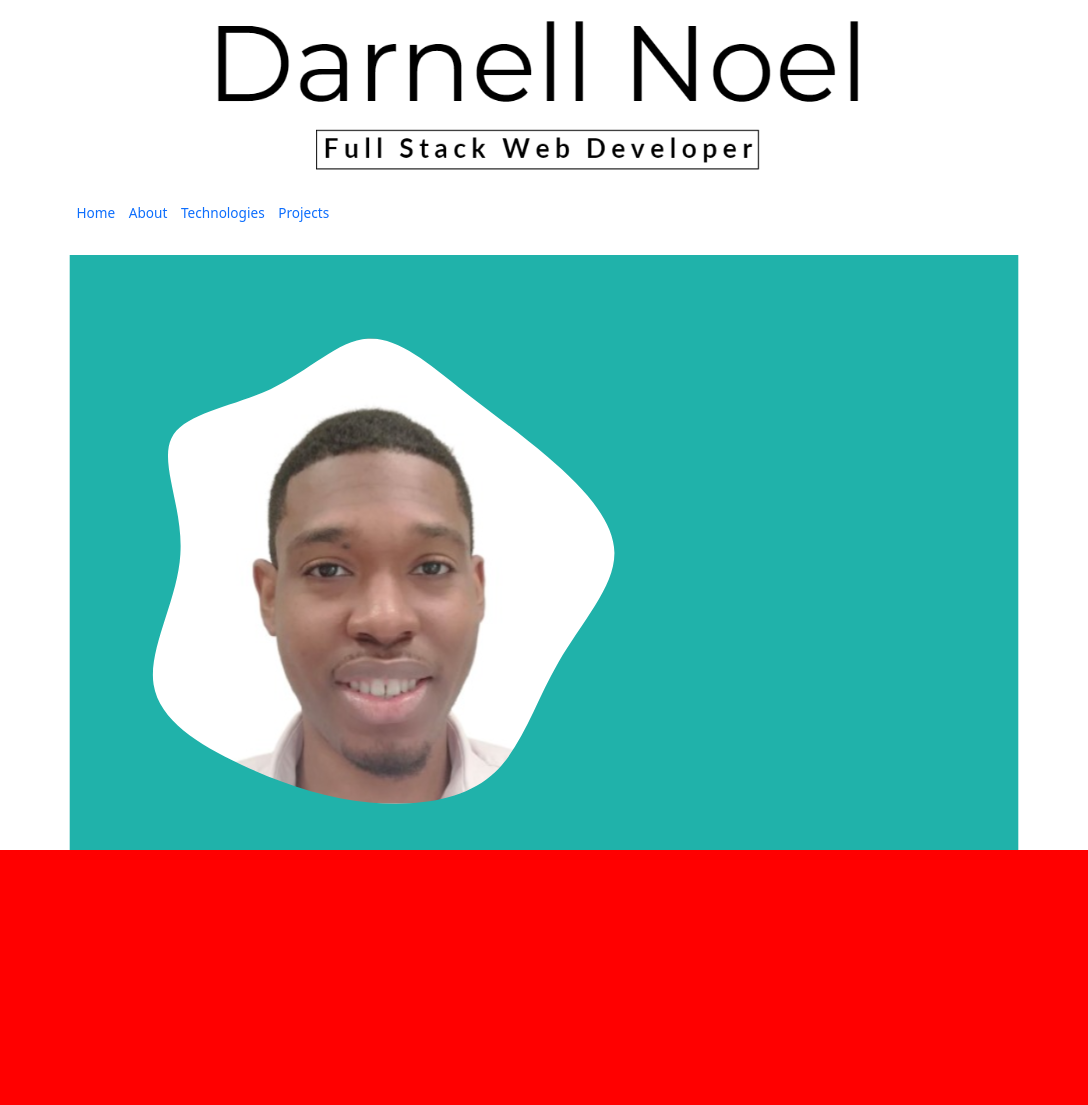
Repository: DNoel26/My_Dev_Portfolio
Page: index.html
These files come from the project's save history. The page is drawn as it stood at one moment and after the next save; the edit follows.
The browser window is 1280 px wide. The pictures show the whole page, at 85% of full size.

Above is the page before, as saved 2021-01-28 18:44:22.

After the next save:
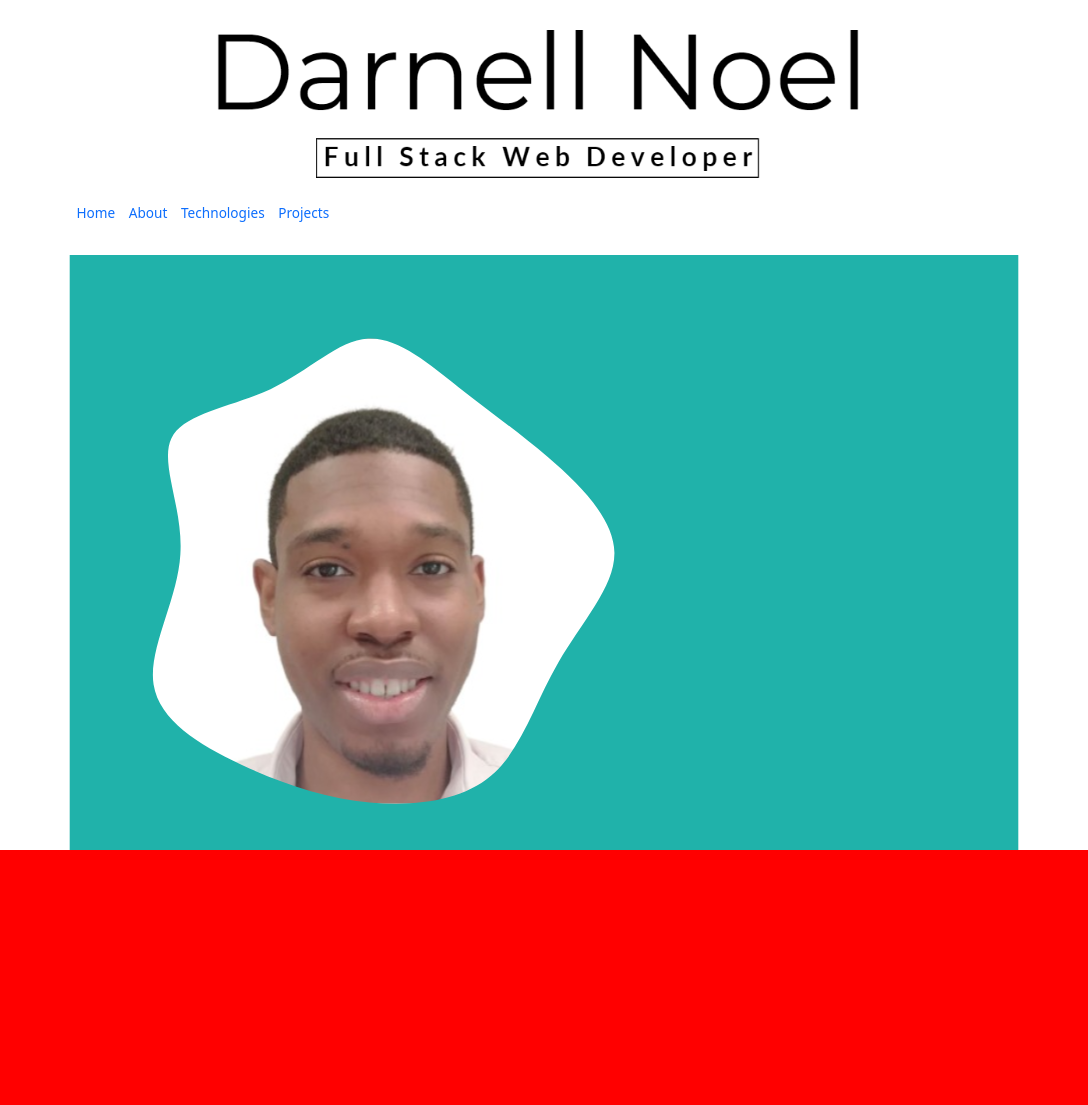
Saved 8 s later.
--- a/css/style.css
+++ b/css/style.css
@@ -22,7 +22,7 @@ footer {
 }
 
 .logo {
-    padding-top: 30px;
+    padding-top: 50px;
 }
 
 .hero > div:first-child {
